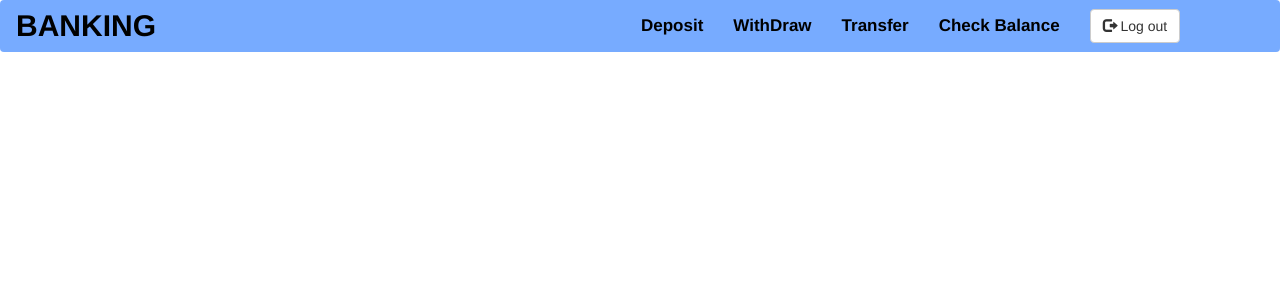
Repository: rukmini10/DXC
Page: http://localhost/Account/memberHome.jsp
These files come from the project's save history. The page is drawn as it stood at one moment and after the next save; the edit follows.
The browser window is 1280 px wide. The pictures show the whole page.
Some web libraries are served in a nearby version. The page is served by Tomcat 9.

Above is the page before, as saved 2022-05-03 20:53:24.

After the next save:
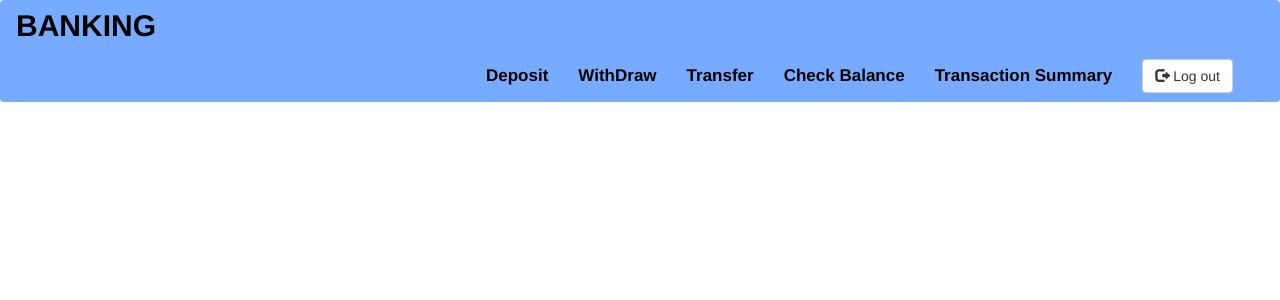
Saved 81 s later.
--- a/DXC_MAVEN/Account/src/main/webapp/memberHome.jsp
+++ b/DXC_MAVEN/Account/src/main/webapp/memberHome.jsp
@@ -22,7 +22,7 @@
       <li><a href="memberRegister.jsp" style="color:black;font-size:17px;font-weight:bold;"> WithDraw</a></li>
       <li><a href="viewStatement.obj" style="color:black;font-size:17px;font-weight:bold;">Transfer</a></li>
 	  <li><a href="#" style="color:black;font-size:17px;font-weight:bold;">Check Balance</a></li>
-
+  <li><a href="#" style="color:black;font-size:17px;font-weight:bold;">Transaction Summary</a></li>
     </ul>
 
     <form class="navbar-form navbar-left ">
